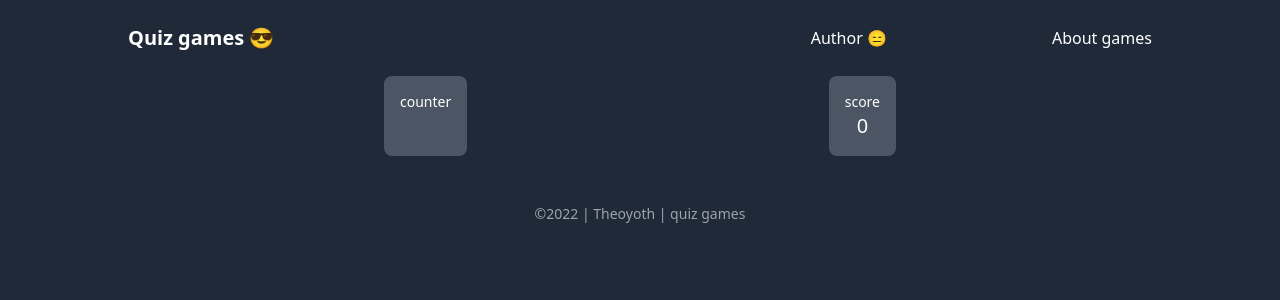
Repository: theoyoth/quiz-game
Page: /game
An editor plug-in stored every save of this project. The page is shown before and after the next save, followed by the edit.
The browser window is 1280 px wide. The pictures show the whole page.
The page's requests for data from a server got no answer. The project was rebuilt for these pictures with package versions that can differ from the ones it lists, and the page was loaded fresh each time. The framework's server and built-in components were replaced by stand-ins that run in the browser. No one was signed in, and anything a server would have sent is missing. Also part of the build but not shown: nuxt.config.js, components/EndPage.vue, layouts/404.vue, layouts/error.vue, layouts/errorLayout.vue.

Above is the page before, as saved 2022-06-16 19:45:52.

### assets/css/main.css
@tailwind base;
@tailwind components;
@tailwind utilities;


/* hide scrollbar */
/* ================================ */
* {
  /* for explorer, edge */
  -ms-overflow-style: none;
  /* for firefox */
  scrollbar-width: none;
}
::-webkit-scrollbar {
  /* for chrome, safari, and opera */
  display: none;
}
/* ================================ */

.correct {
  background-color: rgb(23, 87, 170);
}
.incorrect {
  background-color: rgb(204, 49, 41);
}

### components/Footer.vue
.<template>
  <div class="text-center mt-4">
    <p class="text-sm text-gray-400">&copy;2022 | Theoyoth | quiz games</p>
  </div>
</template>

<script>
export default {

}
</script>

### components/Header.vue
<template>
  <div class="flex justify-between items-center">
    <div>
      <h2 class="font-bold text-xl">
        <NuxtLink to="/">Quiz games 😎</NuxtLink>
      </h2>
    </div>
    <div class="lg:w-1/3 sm:w-1/2 md:w-1/3 xl:w-1/3 flex justify-between items-center">
      <NuxtLink to="/">Author 😑</NuxtLink>
      <NuxtLink to="/about">About games</NuxtLink>
    </div>
  </div>
</template>

<script>
export default {

}
</script>

### components/Loading.vue
<template>
  <div class="loading">
    <span></span>
  </div>
</template>

<script>
export default {

}
</script>

<style>
.loading {
  height: 100vh;
  width: 100%;
  display: flex;
  justify-content: center;
  align-items: center;
}
@keyframes circle-loading {
  to {
    transform: rotateZ(360deg);
  }
}
.loading span{
  display: block;
  width: 70px;
  height: 70px;
  border-radius: 50%;
  border: 2px solid transparent;
  border-top-color: #fff;
  animation: circle-loading 1200ms ease infinite;

}
</style>

### components/Main.vue
<template>
  <div>
    <div class="lg:px-10 md:px-8 sm:px-4 xl:px-32 py-6 min-h-screen bg-gray-800 text-white">
    <Header />
      <NuxtChild />
    <Footer />
    </div>
  </div>
</template>

<script>
export default {

}
</script>

### layouts/default.vue
<template>
  <Main>
      <Nuxt />
  </Main>
</template>

### pages/game.vue
<template>
  <div  class="mt-6">
    <Loading v-if="$fetchState.pending"/>
    <div v-else class="w-full grid grid-cols-1 place-items-center">
      <div class="xl:w-1/2 lg:w-3/4 sm:w-11/12 md:w-2/3">
        <div class="w-full flex justify-between mb-8">
          <div class="bg-gray-600 p-4 rounded-lg text-center">
            <p class="text-sm">counter</p>
            <h1 class="text-xl">{{questionCounterText}}</h1>
          </div>
          <div class="bg-gray-600 p-4 rounded-lg text-center">
            <p class="text-sm">score</p>
            <h1 class="text-xl">{{score}}</h1>
          </div>
        </div>
        <div v-for="(q,i) in questionNow" :key="i" class="mb-4">
          <div class="px-6 py-8 bg-gray-600 rounded-lg text-center">
            <h1 class="text-lg font-semibold">{{q.question}}</h1>
            <div class="mt-4 grid grid-cols-2 gap-4 justify-items-center">
              <div v-for="(an,i) in q.answer" :key="i" class="w-40 px-2 py-2 bg-green-600 rounded-lg cursor-pointer text-center hover:bg-green-500" @click="sendAnswer">
                {{an}}
              </div>
            </div>
          </div>
        </div>
      </div>
    </div>
    <div v-if="feedback">
        <EndPage :score="score"></EndPage>
    </div>
  </div>
</template>

<script>
import EndPage from '~/components/EndPage.vue'
export default {
    data() {
        return {
            dataQuestions: [],
            questions: [],
            answerQuestions: [],
            allQuestions: [],
            currentQuestion: "",
            questionNow: [],
            randomIdx: 0,
            questionIndex: 0,
            questionCounterText: "",
            questionCounter: 0,
            maxQuestions: 10,
            score: 0,
            acceptingAnswer: false,
            feedback:false,
            correct: false,
            selectedAnswer: "",
        };
    },
    async fetch() {
        await this.getQuestions();
    },
    methods: {
        async getQuestions() {
            this.questionCounter = 0;
            const dataQ = await this.$axios.get("https://opentdb.com/api.php?amount=10&category=9&difficulty=easy&type=multiple");
            this.dataQuestions = dataQ.data.results;
            this.dataQuestions.map((data, i) => {
                this.answerQuestions.push(data.incorrect_answers);
                this.randomIdx = Math.floor(Math.random() * 3) + 1;
                this.answerQuestions[i].splice(this.randomIdx - 1, 0, data.correct_answer);
                this.allQuestions.push({ question: data.question, answer: this.answerQuestions[i], correctAnswer: data.correct_answer });
            });
            await this.getNewQuestion();
        },
        async getNewQuestion() {
            if (this.allQuestions.length === 0) {
                return this.feedback = true
            }
            this.questionCounter++;
            this.questionCounterText = `${this.questionCounter}/${this.maxQuestions}`;
            this.questionIndex = Math.floor(Math.random() * this.allQuestions.length);
            const currentQuestion = this.allQuestions[this.questionIndex];
            this.questionNow.push(currentQuestion);
            this.allQuestions.splice(this.questionIndex, 1);
            this.acceptingAnswer = true;
        },
        sendAnswer(e) {
            if (!this.acceptingAnswer)
                return;
            this.acceptingAnswer = false;
            const target = e.target;
            this.selectedAnswer = target.innerText;
            const answer = this.questionNow[0].correctAnswer;
            const classApply = this.selectedAnswer == answer ? "correct" : "incorrect";
            if (classApply === "correct") {
                this.score++;
            }
            else if (classApply === "incorrect") {
                this.score = this.score;
            }
            target.parentElement.classList.add(classApply);
            setTimeout(() => {
                target.parentElement.classList.remove(classApply);
                this.questionNow.splice(0, 1);
                this.getNewQuestion();
            }, 500);
        }
    },
    fetchDelay: 2000,
    components: { EndPage }
}
</script>

### tailwind.config.js
/** @type {import('tailwindcss').Config} */
module.exports = {
  content: [
    "./components/**/*.{js,vue,ts}",
    "./layouts/**/*.vue",
    "./pages/**/*.vue",
    "./plugins/**/*.{js,ts}",
    "./nuxt.config.{js,ts}",
  ],
  theme: {
    extend: {},
    screens: {
      sm: "410px",
      md: "640px",
      lg: "770px",
      xl: "1024px",
    },
  },
  plugins: [],
};

After the next save:
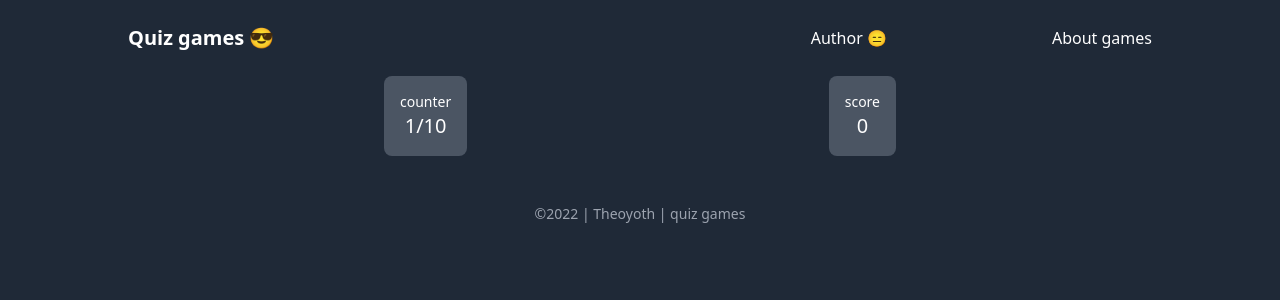
Saved 79 s later.
--- a/pages/game.vue
+++ b/pages/game.vue
@@ -44,7 +44,7 @@ export default {
             questionNow: [],
             randomIdx: 0,
             questionIndex: 0,
-            questionCounterText: "",
+            questionCounterText: "1/10",
             questionCounter: 0,
             maxQuestions: 10,
             score: 0,
@@ -76,6 +76,7 @@ export default {
             }
             this.questionCounter++;
             this.questionCounterText = `${this.questionCounter}/${this.maxQuestions}`;
+
             this.questionIndex = Math.floor(Math.random() * this.allQuestions.length);
             const currentQuestion = this.allQuestions[this.questionIndex];
             this.questionNow.push(currentQuestion);
